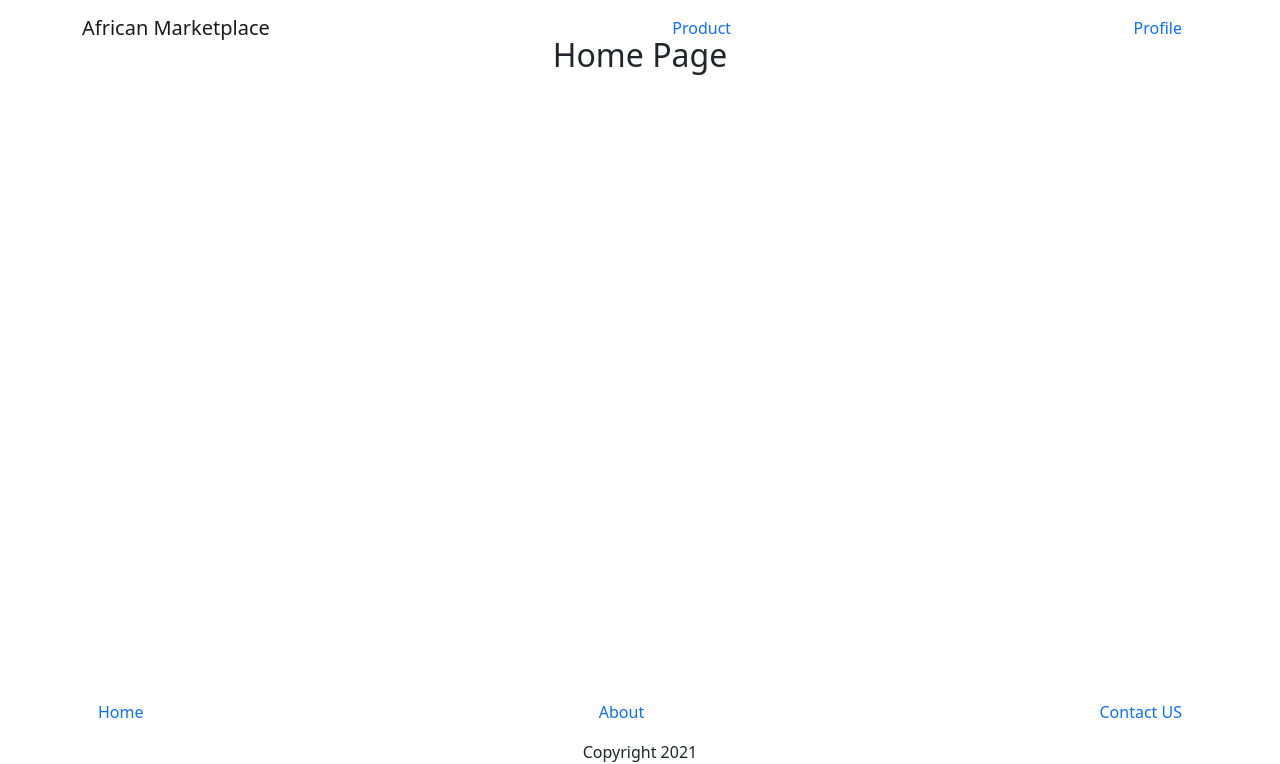
Repository: NelsonMaldonado/AfricanMarketplace
Page: / (app in african-marketplace/)
These files come from the project's save history. The page is drawn as it stood at one moment and after the next save; the edit follows.
The browser window is 1280 px wide. The pictures show the whole page.
The project was rebuilt for these pictures with package versions that can differ from the ones it lists, and the page was loaded fresh each time. Also part of the build but not shown: african-marketplace/src/component/404.js, african-marketplace/src/page/about.js, african-marketplace/src/page/product.js, african-marketplace/src/page/profile.js, african-marketplace/src/page/contact.js.

Above is the page before, as saved 2021-08-23 08:31:09.

After the next save:
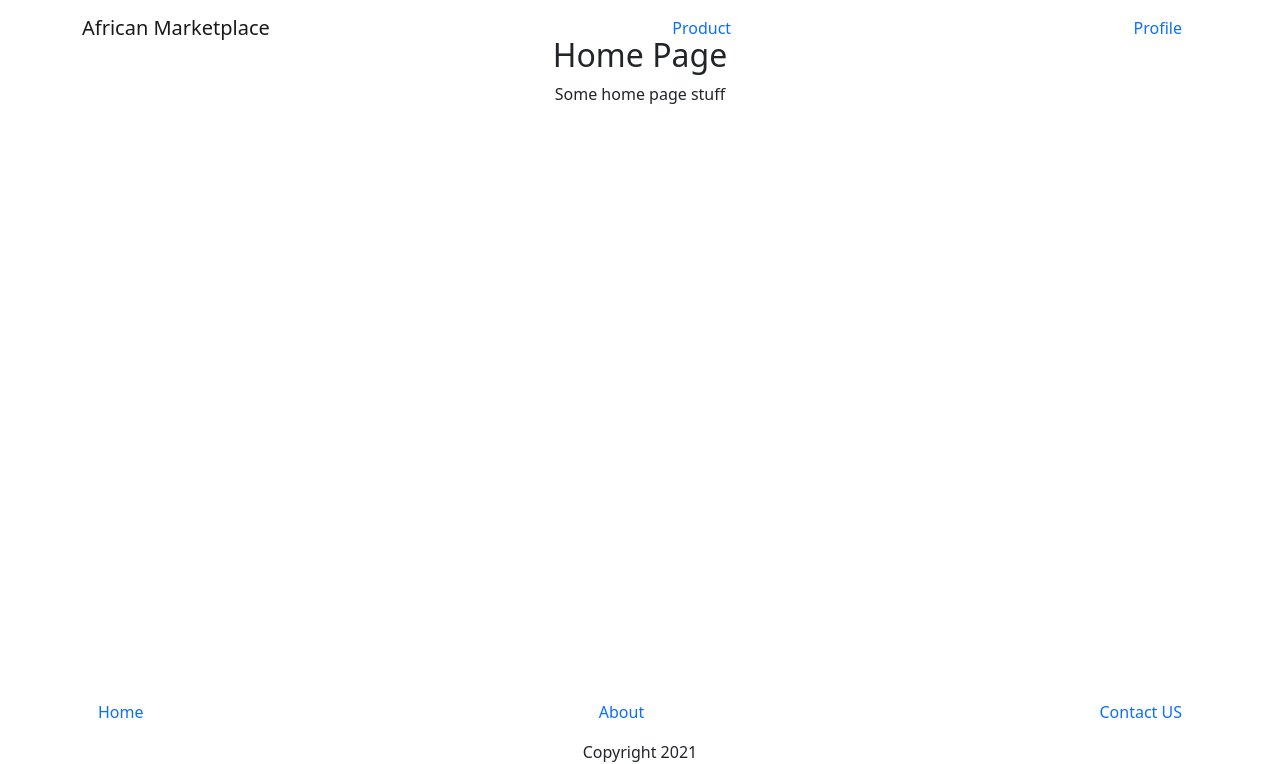
Saved 10 s later.
--- a/african-marketplace/src/page/home.js
+++ b/african-marketplace/src/page/home.js
@@ -6,7 +6,7 @@ export default function HomePage(props) {
       <h2>Home Page</h2>
 
       <div>
-
+        <p>Some home page stuff</p>
       </div>
     </div>
   );
